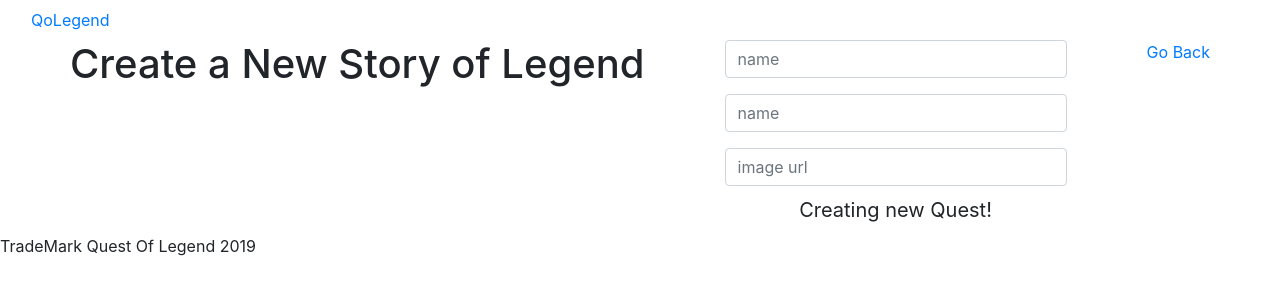
Repository: Hoangvo92/aws-program
Page: http://localhost/quests/new
The author's editor kept a record of every edit. The page is drawn from the files as they stood at one moment, then again after the next edit.
The browser window is 1280 px wide. The pictures show the whole page.
The page is served by the project's Node server (quests-of-legend/app.js).

Above is the page before.

### quests-of-legend/views/new.ejs
<% include partials/header %>
<div class="container">
    <div class="row">
        <h1>Create a New Story of Legend</h1>
        <div style="width: 30%; margin: 0 auto">
          <form action="/quests" method="POST">
              <div class="form-group">
                  <input class="form-control" type="text" name="name" placeholder="name">
              </div>
                            <div class="form-group">
                  <input class="form-control" type="text" name="name" placeholder="name">
              </div>

             <input class="form-control" type="text" name="image" placeholder="image url">
             <button class="btn btn-lg btn-default btn-block">Creating new Quest!</button>
          </form>
        </div>
        <a href="/quests"> Go Back</a>
    </div>
</div>

<% include partials/footer %>

### quests-of-legend/views/partials/header.ejs
<!DOCTYPE html>
<html>
    <head>
        <title>Quests Of Legend</title>
        <link rel="stylesheet" href="https://stackpath.bootstrapcdn.com/bootstrap/4.3.1/css/bootstrap.min.css">
        <script src="https://ajax.googleapis.com/ajax/libs/jquery/1.12.0/jquery.min.js"></script>
        <script src="https://stackpath.bootstrapcdn.com/bootstrap/4.3.1/js/bootstrap.min.js" integrity="sha384-JjSmVgyd0p3pXB1rRibZUAYoIIy6OrQ6VrjIEaFf/nJGzIxFDsf4x0xIM+B07jRM" crossorigin="anonymous"></script>
        <script src="https://stackpath.bootstrapcdn.com/bootstrap/4.3.1/js/bootstrap.bundle.min.js" integrity="sha384-xrRywqdh3PHs8keKZN+8zzc5TX0GRTLCcmivcbNJWm2rs5C8PRhcEn3czEjhAO9o" crossorigin="anonymous"></script>
    </head>
    <body>
       <nav class="navbar navbar-default">
            <div class="container-fluid">
                <div class="navbar-header">
                   <a class="nabar-brand" href="/">QoLegend</a>
                </div>
                <div class="collapse navbar-collapse">
                   <ul class ="nav navbar-nav navbar-right">
                      <li><a href="/">Login</a></li>
                      <li><a href="/">Sign Up</a></li>
                      <li><a href="/">logout</a></li>
                    </ul>
                </div>
            </div>
        </nav>

### quests-of-legend/views/partials/footer.ejs
    <p>TradeMark Quest Of Legend 2019</p>
    </body>
</html>

### quests-of-legend/app.js
var express = require("express");
var app = express();
var bodyParser = require("body-parser");

app.use(bodyParser.urlencoded({extended: true}));
app.set("view engine", "ejs");

var stories =  [
         {name: "Seal Of Star", image: "https://vignette.wikia.nocookie.net/saintseiya/images/4/49/Zeus_with_Kamui.jpg/revision/latest?cb=20121209212744"},
         {name: "Return of Chicken", image: "https://comicvine1.cbsistatic.com/uploads/original/11133/111330079/6530318-saigafurinji1.png"},
         {name: "Betrayal and Broken Heart", image: "https://www.anime-planet.com/images/manga/covers/masca-2560.jpg?t=1495142357"}
];

app.get("/", function(red, res){
   res.render("landing");
});
//show all quests- first restful route
app.get("/quests", function(req, res){


    res.render("quests", {quests: stories});
});

app.post("/quests", function(req, res){
    //get data from form and add to quests array
    var name = req.body.name;
    var image = req.body.image;
    var newQuest = {name: name, image: image};
    stories.push(newQuest);
    //redirect back to quests page
    res.redirect("/quests");
});

app.get("/quests/new", function(req, res){
    res.render("new.ejs");
});

app.listen(process.env.PORT, process.env.IP, function(){
    console.log("Stories server has started!");
});

After the next edit:
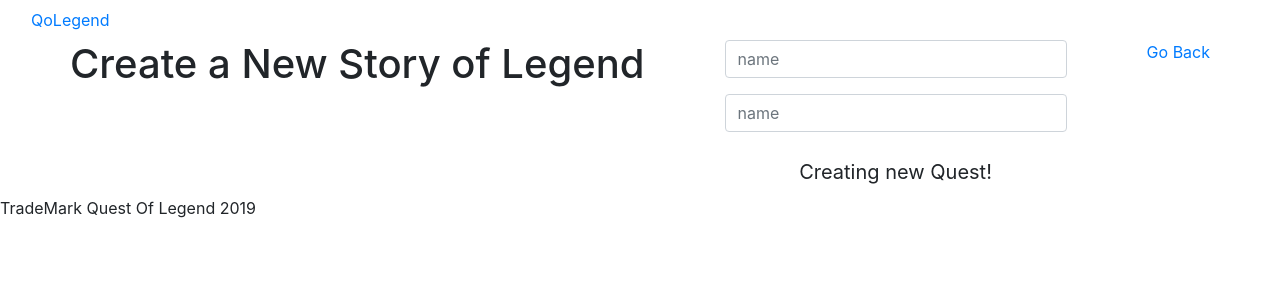
The edit:
--- a/quests-of-legend/views/new.ejs
+++ b/quests-of-legend/views/new.ejs
@@ -11,7 +11,7 @@
                   <input class="form-control" type="text" name="name" placeholder="name">
               </div>
 
-             <input class="form-control" type="text" name="image" placeholder="image url">
+
              <button class="btn btn-lg btn-default btn-block">Creating new Quest!</button>
           </form>
         </div>
